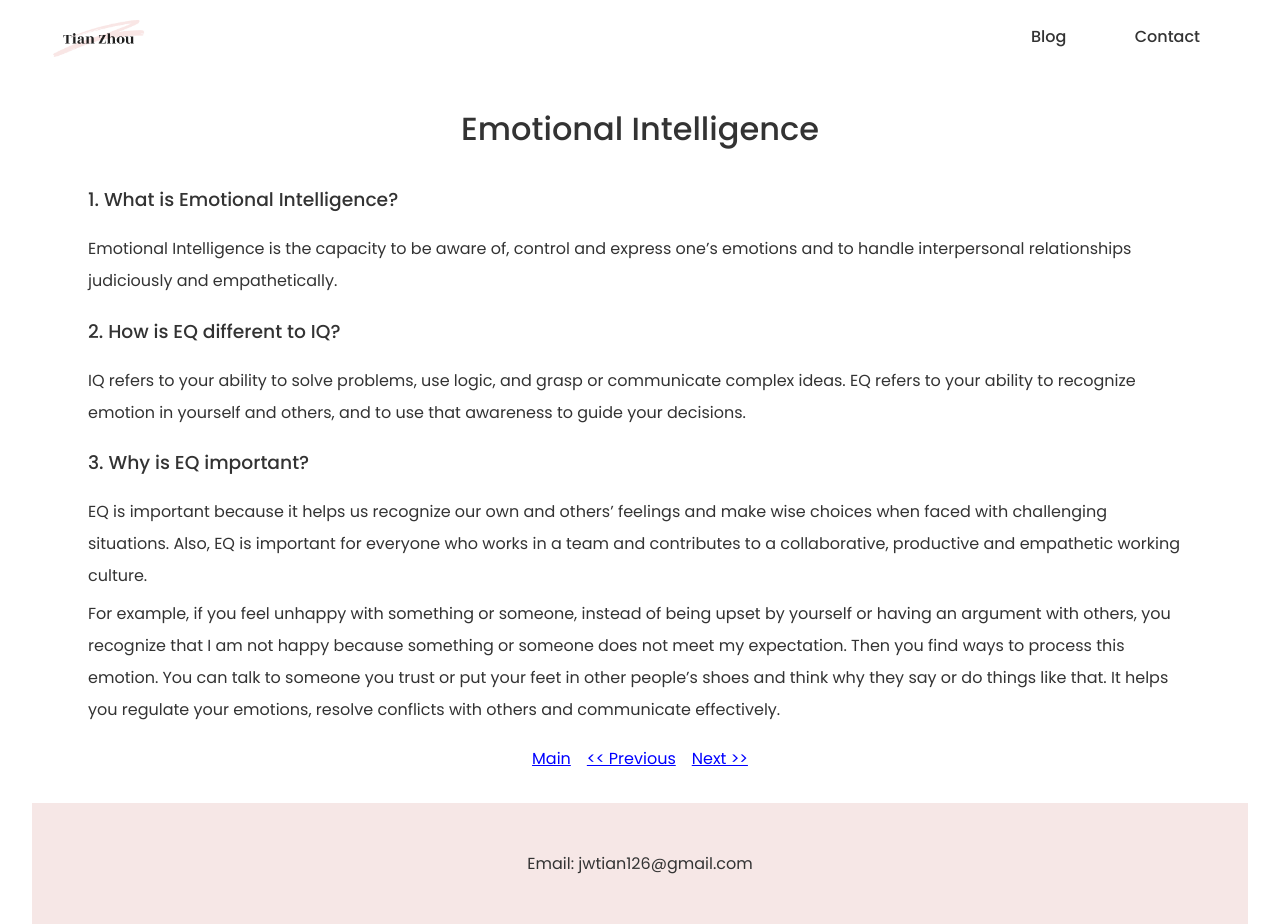
Repository: Tiaanz/Tiaanz.github.io
Page: blog/neuroplasticity.html
The author's editor kept a copy of each file at every save. The page is drawn from the files as they stood at one save, then again after a run of saves.
The browser window is 1280 px wide. The pictures show the whole page.

Above is the page before, as saved 2023-01-30 14:22:54.

After the next 2 saves:
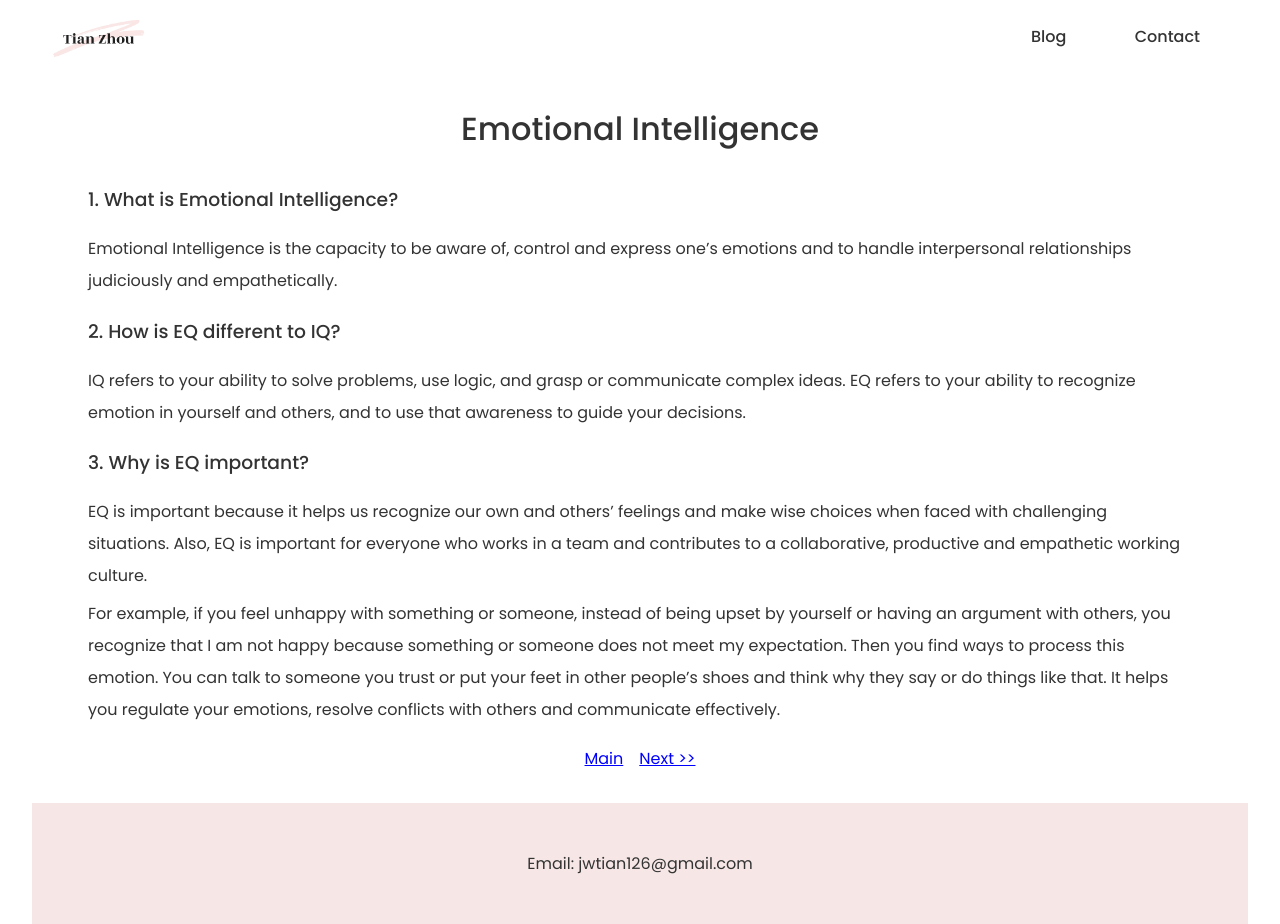
The 2 saves are shown as one change because they came seconds apart.
The last was saved 34 s later.
--- a/blog/neuroplasticity.html
+++ b/blog/neuroplasticity.html
@@ -33,7 +33,7 @@
             <p>For example, if you feel unhappy with something or someone, instead of being upset by yourself or having an argument with others, you recognize that I am not happy because something or someone does not meet my expectation. Then you find ways to process this emotion. You can talk to someone you trust or put your feet in other people’s shoes and think why they say or do things like that. It helps you regulate your emotions, resolve conflicts with others and communicate effectively.</p>
             <div class="page-nav">
                 <a href="../index.html">Main</a>
-                <a href="./learning-plan.html"> &lt&lt Previous</a>
+                <a href="./> &lt&lt Previous</a>
                 <a href="#">Next >></a>
             </div>
         </main>

After the 3 saves that followed:
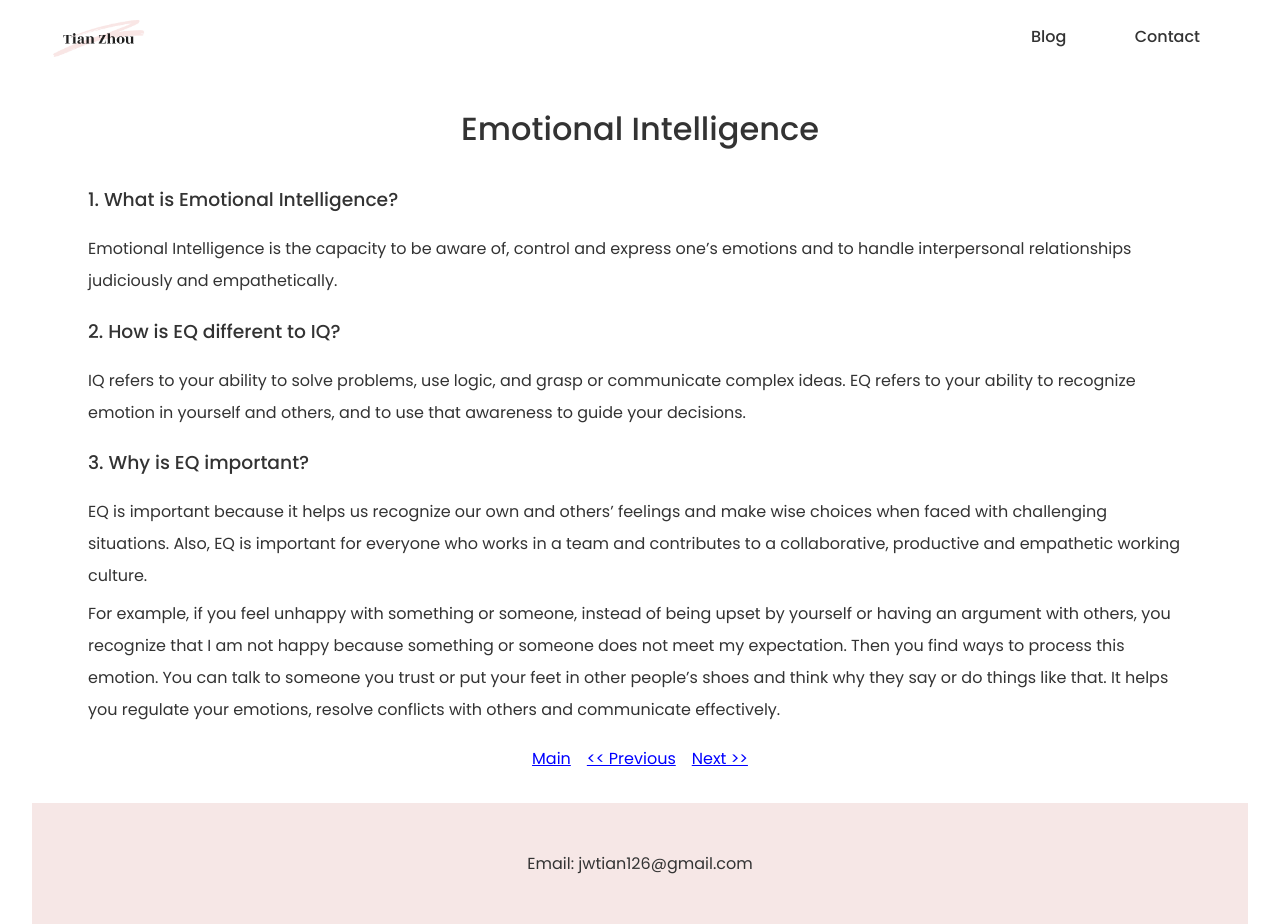
The 3 saves are shown as one change because 1 left the picture as it was and some came seconds apart.
The last was saved 25 s later.
--- a/blog/neuroplasticity.html
+++ b/blog/neuroplasticity.html
@@ -33,7 +33,7 @@
             <p>For example, if you feel unhappy with something or someone, instead of being upset by yourself or having an argument with others, you recognize that I am not happy because something or someone does not meet my expectation. Then you find ways to process this emotion. You can talk to someone you trust or put your feet in other people’s shoes and think why they say or do things like that. It helps you regulate your emotions, resolve conflicts with others and communicate effectively.</p>
             <div class="page-nav">
                 <a href="../index.html">Main</a>
-                <a href="./> &lt&lt Previous</a>
+                <a href="./Emotional-intelligence"> &lt&lt Previous</a>
                 <a href="#">Next >></a>
             </div>
         </main>
